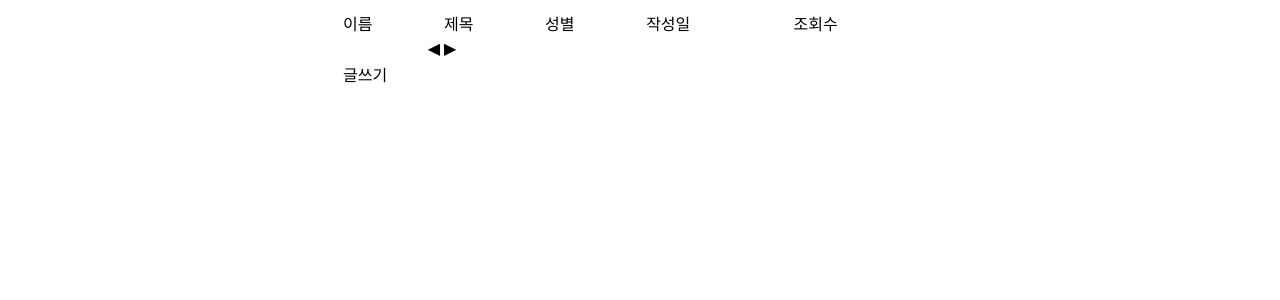
Repository: Billy-Jin/jsp
Page: http://localhost/dat/list.jsp?pager=2
An editor plug-in stored every save of this project. The page is shown before and after the next save, followed by the edit.
The browser window is 1280 px wide. The pictures show the whole page.
The page is served by Tomcat 9. Queries for data that is not in the repository find no rows.

Above is the page before, as saved 2020-12-02 08:03:54.

After the next save:
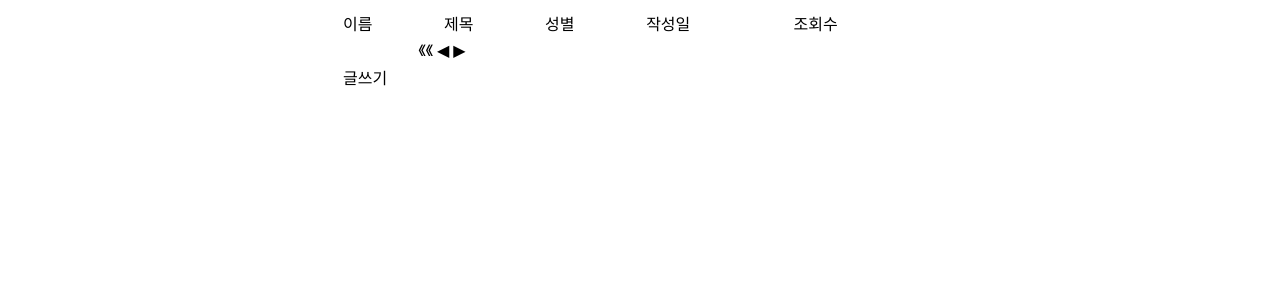
Saved 68 s later.
--- a/jsp/dat/WebContent/list.jsp
+++ b/jsp/dat/WebContent/list.jsp
@@ -109,7 +109,7 @@ a:hover{
 			%>
 	  	 	<!-- 이전페이지 -->
 	  	 	<!-- 현재 페이지 기준 10페이지 이전 -->
-	  	 	<a href="list.jsp?pager=<%=pstart-1%>"></a>
+	  	 	<a href="list.jsp?pager=<%=pstart-1%>">《《</a>
 
 	  	 	<!-- 현재페이지 기준 1페이지 이전 -->
 	  	 	<%
